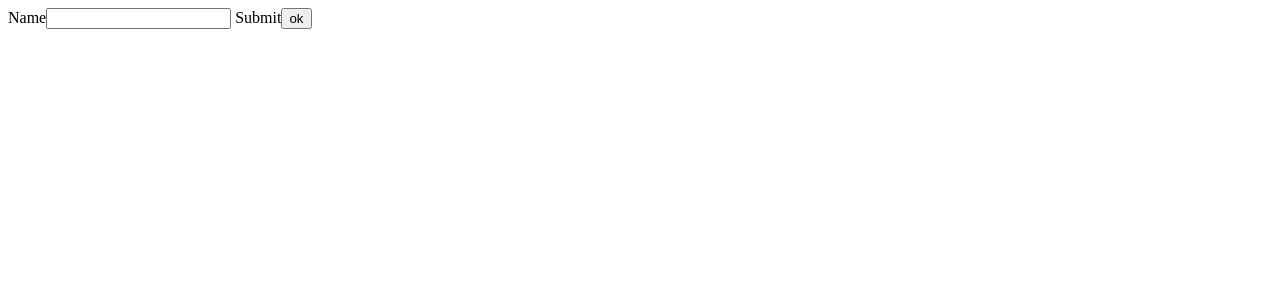
Repository: supadhyaya/JSP
Page: http://localhost/Deployment/form.jsp
An editor plug-in stored every save of this project. The page is shown before and after the next save, followed by the edit.
The browser window is 1280 px wide. The pictures show the whole page.
The page is served by Tomcat 9. Other server files are loaded and not shown.

Above is the page before, as saved 2014-11-26 20:14:17.

### Deployment/WebContent/form.jsp
<%@ page language="java" contentType="text/html; charset=UTF-8"
    pageEncoding="UTF-8"%>
<!DOCTYPE html PUBLIC "-//W3C//DTD HTML 4.01 Transitional//EN" "http://www.w3.org/TR/html4/loose.dtd">
<html>
<head>
<meta http-equiv="Content-Type" content="text/html; charset=UTF-8">
<title>Insert title here</title>
</head>
<body>

<form action="/Deployment/LoginController" method="get"></form>

Name<input type="text" name ="loginName" />
Submit<input type = "button" value= "ok"/>

</body>
</html>

After the next save:
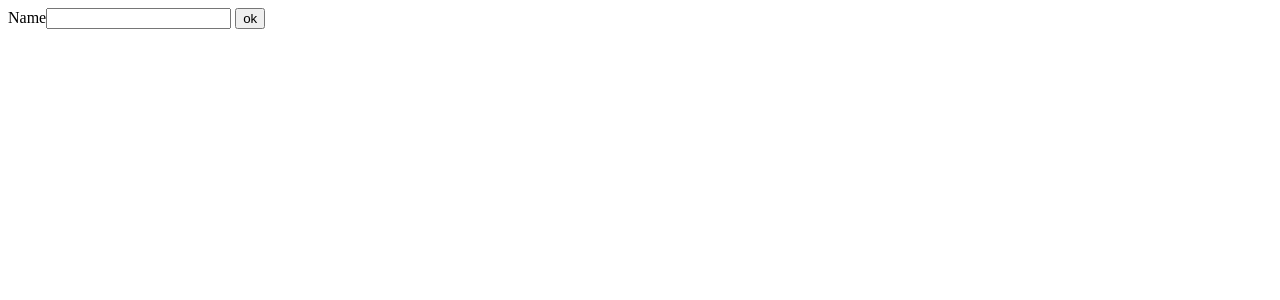
Saved 11 s later.
--- a/Deployment/WebContent/form.jsp
+++ b/Deployment/WebContent/form.jsp
@@ -11,7 +11,7 @@
 <form action="/Deployment/LoginController" method="get"></form>
 
 Name<input type="text" name ="loginName" />
-Submit<input type = "button" value= "ok"/>
+<input type = "button" value= "ok"/>
 
 </body>
 </html>
